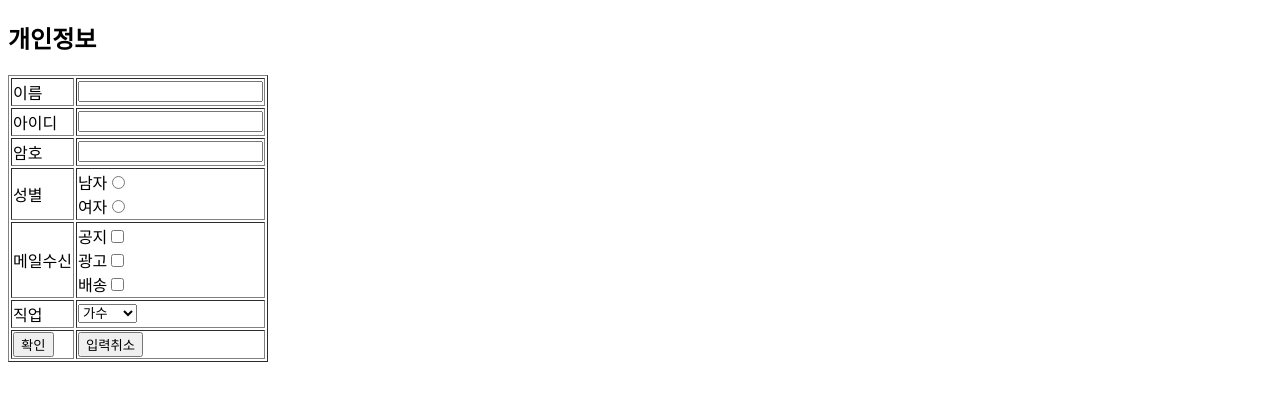
Repository: SongHyeSun/JSP
Page: jspSrc17/och02/src/main/webapp/personal.html
The author's editor kept a copy of each file at every save. The page is drawn from the files as they stood at one save, then again after the next save.
The browser window is 1280 px wide. The pictures show the whole page.

Above is the page before, as saved 2024-07-10 01:18:18.

After the next save:
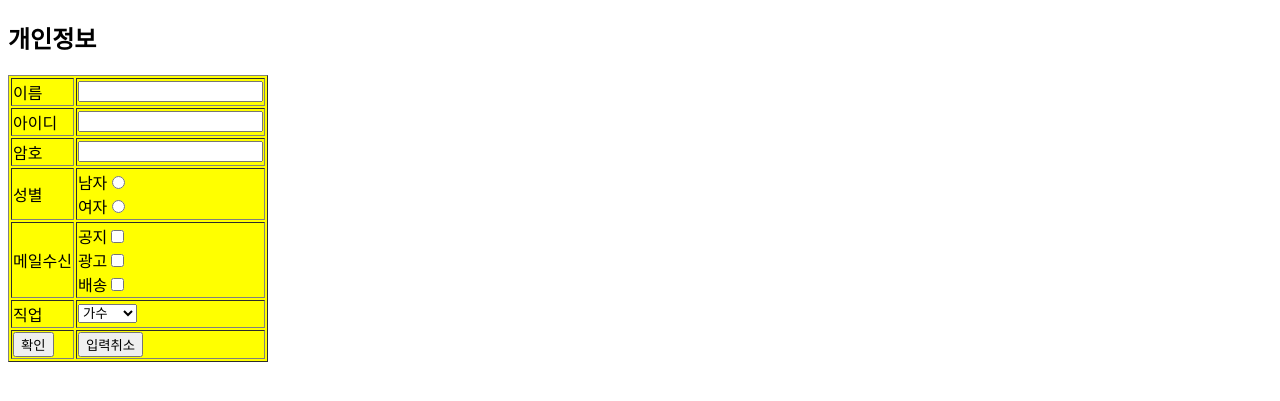
Saved 98 s later.
--- a/jspSrc17/och02/src/main/webapp/personal.html
+++ b/jspSrc17/och02/src/main/webapp/personal.html
@@ -4,7 +4,9 @@
 <meta charset="UTF-8">
 <title>Insert title here</title>
 <style type="text/css">
-	<table>
+	table {
+		background-color: yellow;
+	}
 </style>
 </head>
 <body>
